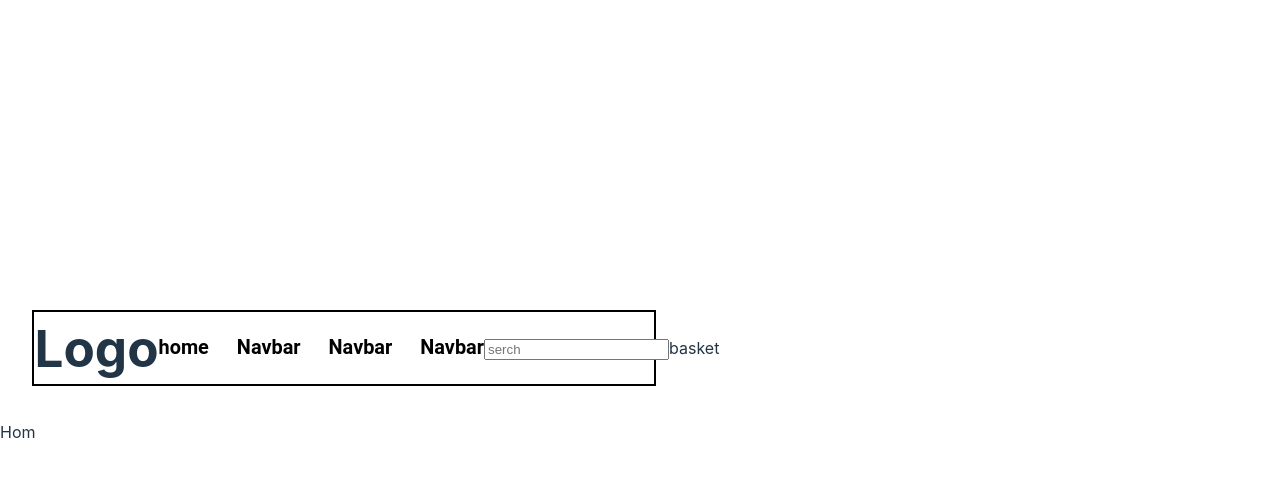
Repository: Islam432/Islam-and-Arsi---team
Page: /
These files come from the project's save history. The page is drawn as it stood at one moment and after the next save; the edit follows.
The browser window is 1280 px wide. The pictures show the whole page.
The project was rebuilt for these pictures with package versions that can differ from the ones it lists, and the page was loaded fresh each time. Also part of the build but not shown: vite.config.js, src/App.css, src/components/Home/Home.module.css, src/components/Comp/Comp.jsx.

Above is the page before, as saved 2023-03-09 23:23:20.

After the next save:
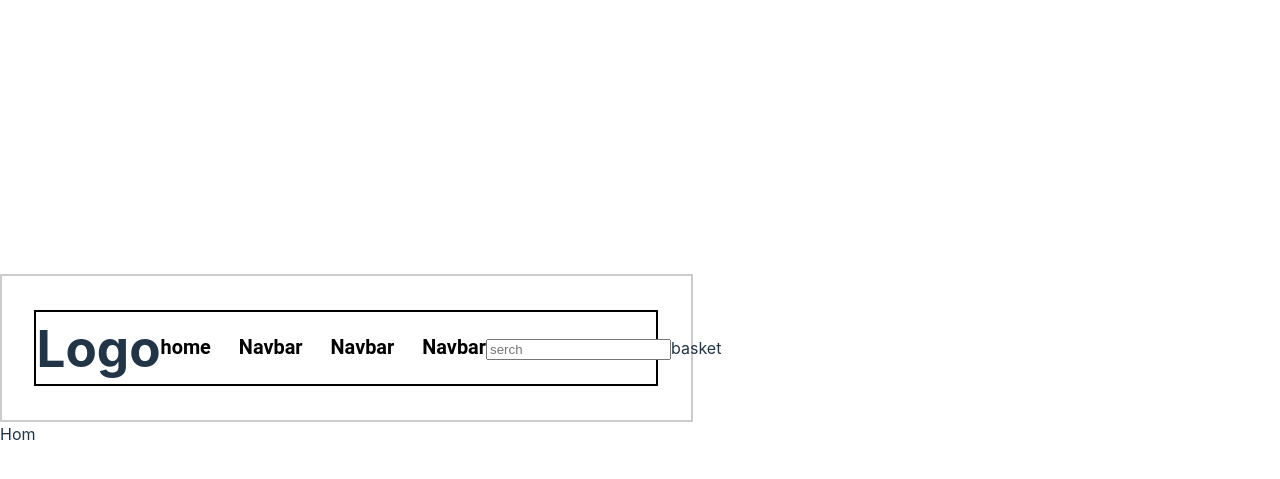
Saved 5 s later.
--- a/src/components/Navbar/Navbar.module.css
+++ b/src/components/Navbar/Navbar.module.css
@@ -5,7 +5,7 @@
   justify-content: center;
   height: 20vh;
   background: #ffffff;
-  border: 2px none solid #ccc;
+  border: 2px  solid #ccc;
 }
 
 .allnav {

After the 2 saves that followed:
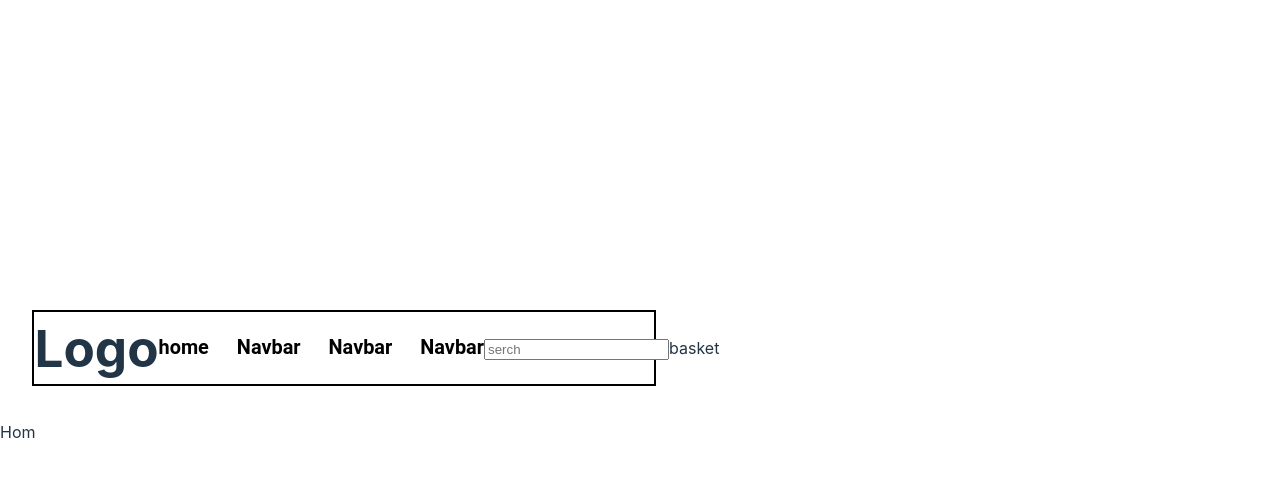
The 2 saves are shown as one change because they came seconds apart.
The last was saved 61 s later.
--- a/src/components/Navbar/Navbar.module.css
+++ b/src/components/Navbar/Navbar.module.css
@@ -5,7 +5,7 @@
   justify-content: center;
   height: 20vh;
   background: #ffffff;
-  border: 2px  solid #ccc;
+ bor
 }
 
 .allnav {
